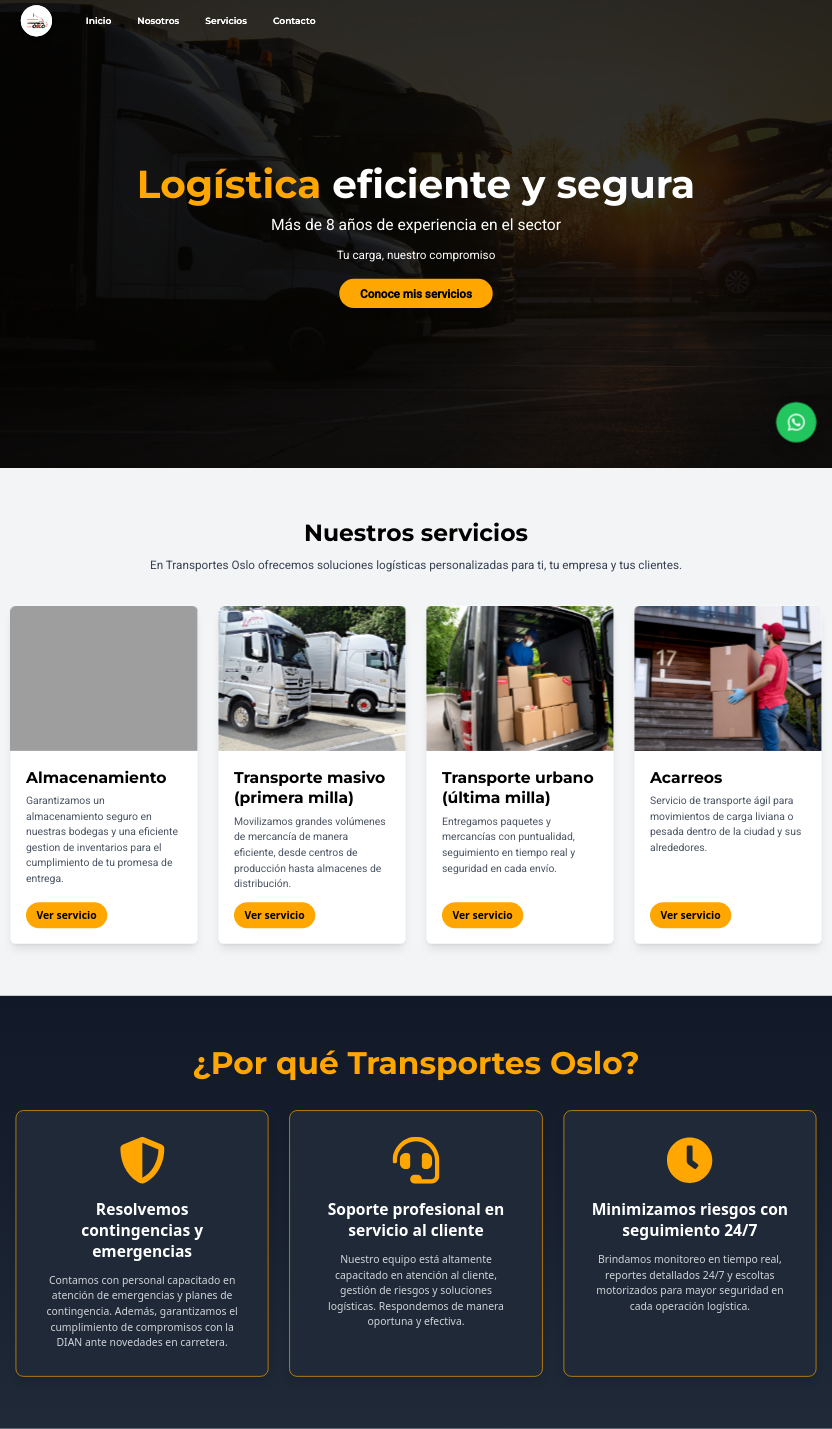
Repository: sazaba/OSLO
Page: /
The author's editor kept a copy of each file at every save. The page is drawn from the files as they stood at one save, then again after the next save.
The browser window is 1280 px wide. The pictures show the whole page, at 65% of full size.
Pictures or frames that could not be fetched are drawn as grey boxes. The project was rebuilt for these pictures with package versions that can differ from the ones it lists, and the page was loaded fresh each time. The framework's server and built-in components were replaced by stand-ins that run in the browser. Also part of the build but not shown: next.config.ts.

Above is the page before, as saved 2025-05-19 16:14:31.

After the next save:
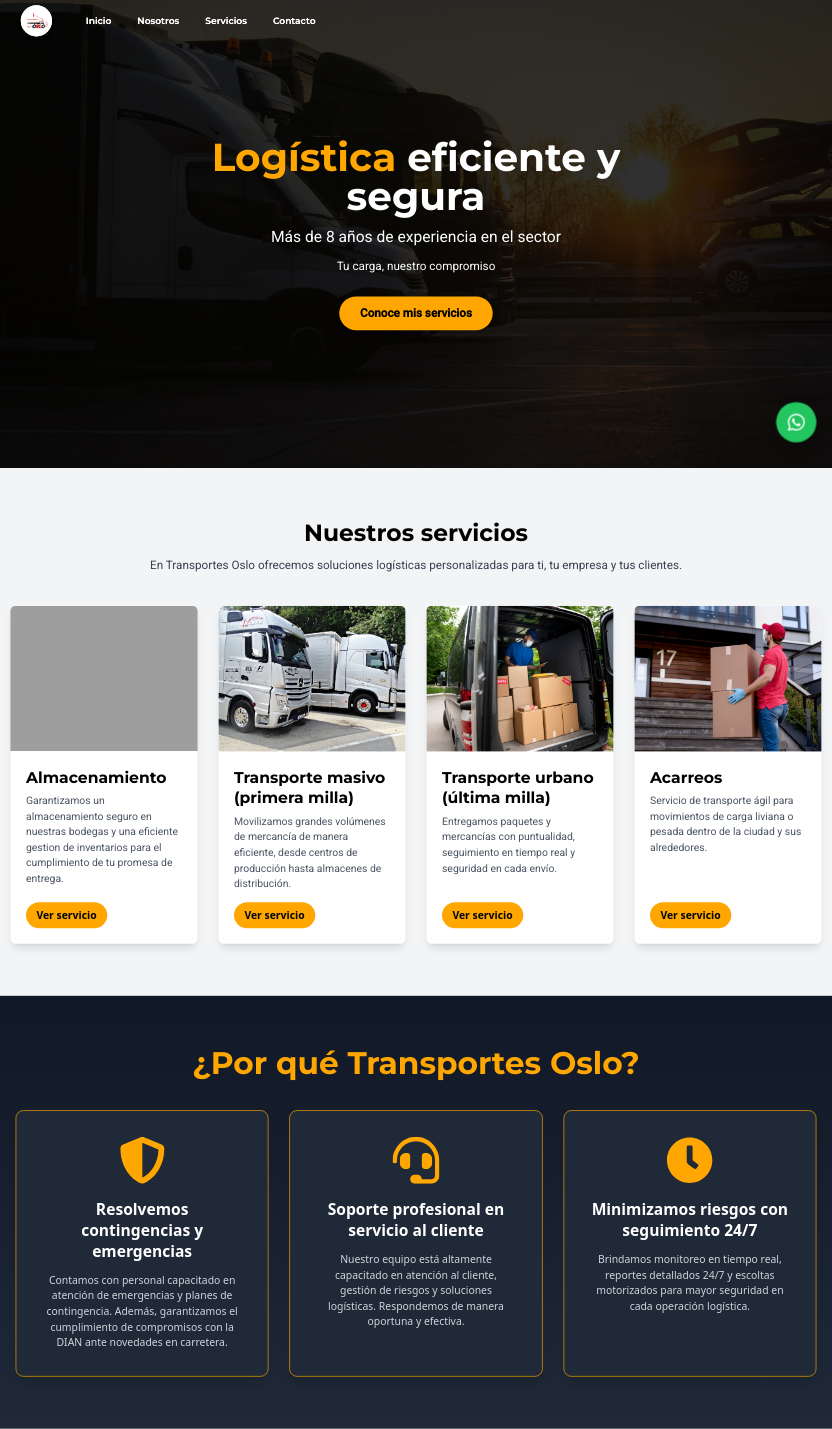
Saved 17 min 31 s later.
--- a/src/app/Hero.tsx
+++ b/src/app/Hero.tsx
@@ -1,12 +1,13 @@
 "use client";
+
 import hero from "@/app/images/Hero.webp";
 import { FaWhatsapp } from "react-icons/fa";
-import Nav from "./Nav"; // Importamos el Navbar
+import Nav from "./Nav";
 
 const Hero = () => {
   return (
     <section
-      className="relative bg-cover bg-center h-screen flex flex-col items-center justify-center"
+      className="relative bg-cover bg-center min-h-screen flex flex-col items-center justify-center"
       style={{ backgroundImage: `url(${hero.src})` }}
     >
       {/* Navbar Transparente */}
@@ -17,22 +18,23 @@
       {/* Capa oscura */}
       <div className="absolute inset-0 bg-black/80"></div>
 
-      <div className="relative z-10 text-center px-4">
-        <h1 className="text-white text-4xl md:text-6xl font-bold mb-4 font-montserrat">
+      {/* Contenido central */}
+      <div className="relative z-10 text-center px-6 sm:px-8 md:px-12 max-w-screen-md w-full">
+        <h1 className="text-white text-3xl sm:text-4xl md:text-5xl lg:text-6xl font-bold mb-4 font-montserrat leading-tight">
           <span className="text-[#FFA700]">Logística</span> eficiente y segura
         </h1>
 
-        <p className="text-white text-xl md:text-2xl mb-4 font-roboto">
+        <p className="text-white text-lg sm:text-xl md:text-2xl mb-4 font-roboto">
           Más de 8 años de experiencia en el sector
         </p>
-        <p className="text-white text-lg mb-8 font-roboto">
+        <p className="text-white text-base sm:text-lg mb-8 font-roboto">
           Tu carga, nuestro compromiso
         </p>
 
         {/* Botón de servicios */}
         <a
-          href="/servicios"
-          className="bg-[#FFA700] text-black font-bold py-3 px-8 rounded-full text-lg font-roboto shadow-lg transition-all duration-300 transform hover:bg-[#CC0000] hover:text-white hover:shadow-xl hover:scale-105"
+          href="#servicios"
+          className="inline-block bg-[#FFA700] text-black font-bold py-3 px-8 rounded-full text-base sm:text-lg font-roboto shadow-lg transition-all duration-300 transform hover:bg-[#CC0000] hover:text-white hover:shadow-xl hover:scale-105"
         >
           Conoce mis servicios
         </a>
@@ -43,9 +45,9 @@
         href="https://wa.link/biqv3m"
         target="_blank"
         rel="noopener noreferrer"
-        className="fixed bottom-6 right-6 bg-green-500 text-white p-4 rounded-full shadow-xl transition-all duration-300 transform hover:scale-110 hover:shadow-2xl animate-bounce"
+        className="fixed bottom-6 right-6 bg-green-500 text-white p-4 rounded-full shadow-xl transition-all duration-300 transform hover:scale-110 hover:shadow-2xl animate-bounce z-50"
       >
-        <FaWhatsapp className="text-3xl" />
+        <FaWhatsapp className="text-2xl sm:text-3xl" />
       </a>
     </section>
   );
